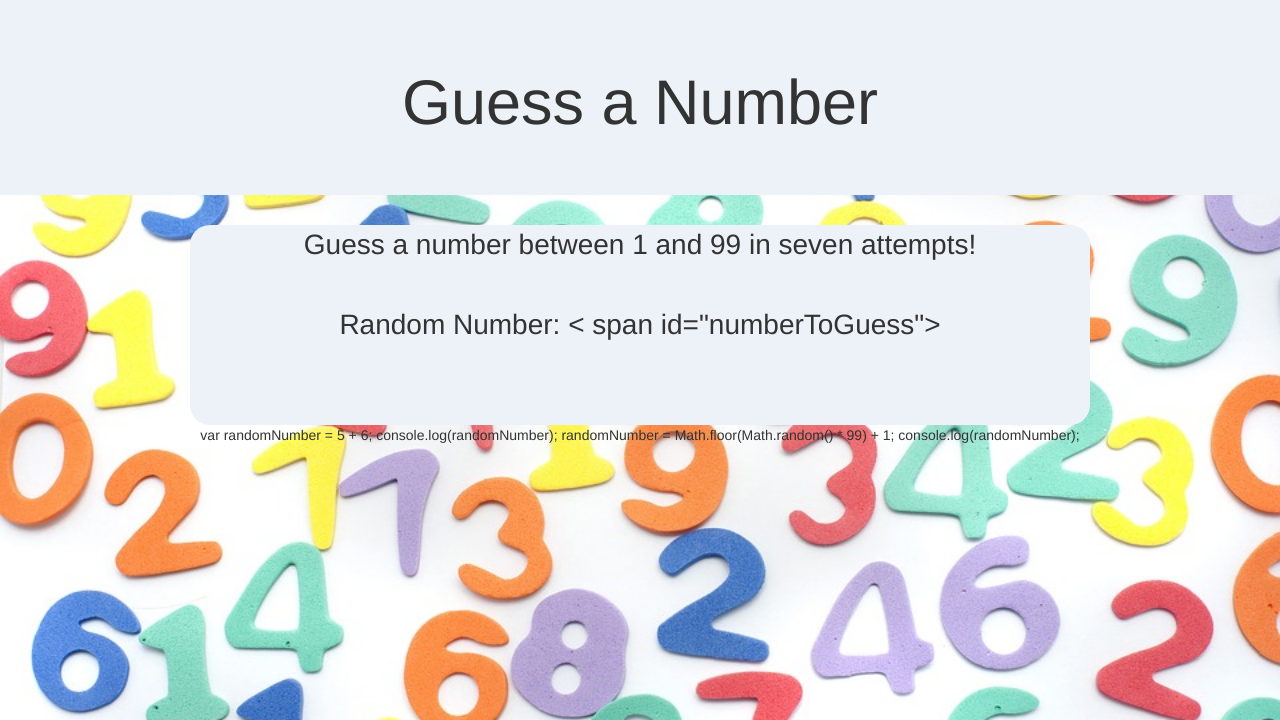
Repository: dereki16/lab3.1
Page: labs/lab1/index.html
The author's editor kept a record of every edit. The page is drawn from the files as they stood at one moment, then again after the next edit.
The browser window is 1280 px wide. The pictures show the whole page.

Above is the page before.

### labs/lab1/index.html
<!DOCTYPE html>
<html>
    <head>
        <title> Guess a Number </title>
        <meta charset="utf-8" />
        <script src="https://code.jquery.com/jquery.min.js"></script>

        <!--Bootstrap files-->
        <link rel="stylesheet" href="https://maxcdn.bootstrapcdn.com/bootstrap/3.3.7/css/bootstrap.min.css" integrity="sha384-BVYiiSIFeK1dGmJRAkycuHAHRg32OmUcww7on3RYdg4Va+PmSTsz/K68vbdEjh4u" crossorigin="anonymous">
        <script src="https://maxcdn.bootstrapcdn.com/bootstrap/3.3.7/js/bootstrap.min.js" integrity="sha384-Tc5IQib027qvyjSMfHjOMaLkfuWVxZxUPnCJA7l2mCWNIpG9mGCD8wGNIcPD7Txa" crossorigin="anonymous"></script>

        <!--Custom Styles-->
        <link href="css/styles.css" rel="stylesheet" type="text/css" />
    </head>
    <body>

        <div class="jumbotron">
            <h1>Guess a Number</h1>
        </div>

        <div id="directions">
            Guess a number between 1 and 99 in seven attempts!

            <br><br>
            Random Number: < span id="numberToGuess"></span>
        </div>

        <scipt>

            var randomNumber = 5 + 6;
            console.log(randomNumber);

            randomNumber = Math.floor(Math.random() * 99) + 1;
            console.log(randomNumber);

        </scipt>
    </body>
</html>

Loaded but not shown: labs/lab1/css/styles.css (common file)

After the next edit:
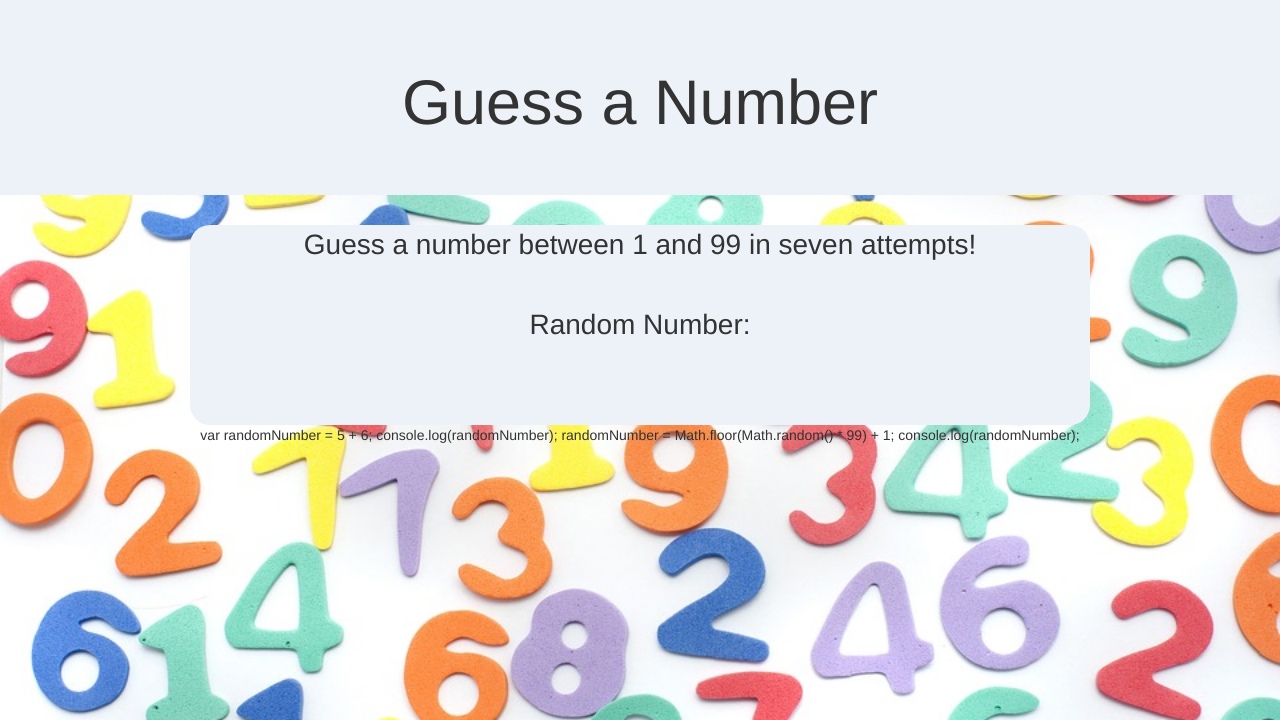
The edit:
--- a/labs/lab1/index.html
+++ b/labs/lab1/index.html
@@ -22,7 +22,7 @@
             Guess a number between 1 and 99 in seven attempts!
 
             <br><br>
-            Random Number: < span id="numberToGuess"></span>
+            Random Number: <span id="numberToGuess"></span>
         </div>
 
         <scipt>
